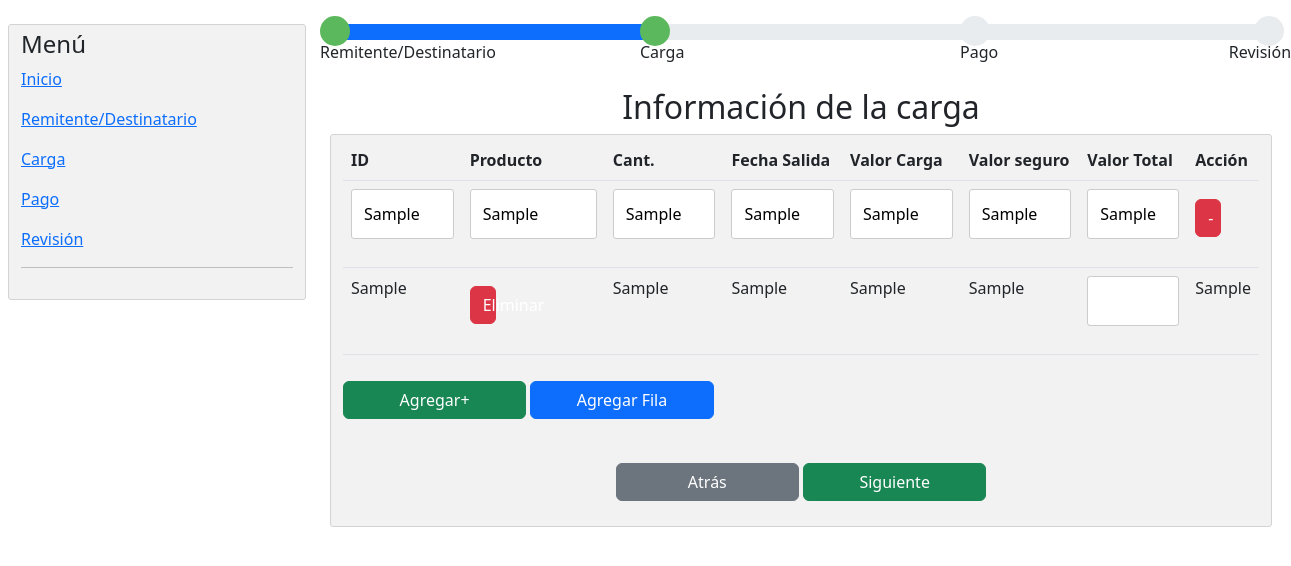
Repository: SennovaFluvial/Trasnfluvial
Page: appFluvial/templates/card1carga.html
These files come from the project's save history. The page is drawn as it stood at one moment and after the next save; the edit follows.
The browser window is 1280 px wide. The page is 1291 px wide, so the pictures cover 1291 px, including what lies to the right of the window. The pictures show the whole page.
Empty fields were first filled with sample values (such as "Sample", 5 or name@example.com).
After loading, the first visible `a.btn` was clicked once.
The template is drawn by Django 3.2. The application's start-up code is not run. Other server files are loaded and not shown. The template is opened directly, without the code that normally fills it, so the values that code supplies are empty.

Above is the page before, as saved 2023-10-19 23:45:41.

### appFluvial/templates/card1carga.html
<!DOCTYPE html>
<html>
<head>
<meta name="viewport" content="width=device-width, initial-scale=1">
<!--link rel="stylesheet" href="https://cdnjs.cloudflare.com/ajax/libs/font-awesome/4.7.0/css/font-awesome.min.css"-->
<style>
body {
  font-family: Arial;
  font-size: 17px;
  padding: 8px;
}

* {
  box-sizing: border-box;
}

.row {
  display: -ms-flexbox; /* IE10 */
  display: flex;
  -ms-flex-wrap: wrap; /* IE10 */
  flex-wrap: wrap;
  margin: 0 -16px;
}

.col-25 {
  -ms-flex: 25%; /* IE10 */
  flex: 25%;
}

.col-50 {
  -ms-flex: 50%; /* IE10 */
  flex: 50%;
}

.col-75 {
  -ms-flex: 75%; /* IE10 */
  flex: 75%;
}

.col-25,
.col-50,
.col-75 {
  padding: 0 16px;
}

.container {
  background-color: #f2f2f2;
  padding: 5px 20px 15px 20px;
  border: 1px solid lightgrey;
  border-radius: 3px;
}

input[type=text], select {
  width: 100%;
  margin-bottom: 20px;
  padding: 12px;
  border: 1px solid #ccc;
  border-radius: 3px;
}

input[type=submit] {
  background-color: #04AA6D;
  color: white;
  padding: 12px 20px;
  border: none;
  border-radius: 4px;
  cursor: pointer;
}

input[type=submit]:hover {
  background-color: #45a049;
}

label {
  margin-bottom: 10px;
  display: block;
}

.icon-container {
  margin-bottom: 20px;
  padding: 7px 0;
  font-size: 24px;
}

.btn {
  background-color: #04AA6D;
  color: white;
  padding: 12px;
  margin: 10px 0;
  border: none;
  width: 20%;
  border-radius: 3px;
  cursor: pointer;
  font-size: 17px;
}

.btn:hover {
  background-color: #45a049;
}

a {
  color: #2196F3;
}

hr {
  border: 1px solid lightgrey;
}

span.price {
  float: right;
  color: grey;
}


@media (max-width: 800px) {
  .row {
    flex-direction: column-reverse;
  }
  .col-25 {
    margin-bottom: 20px;
  }
}

</style>
<style>
  .one, .two, .three, .four{
    position:absolute;
    margin-top: -8px;
    z-index:1;
    height:30px;
    width:30px;
    border-radius:20px;
}
.one{
	left:25%;
}
.two{
	left:50%;
}
.three{
	left:75%;
}
.four{
	left:98%;
}
.primary-color{
	background-color:#4989bd;
}
.success-color{
	background-color:#5cb85c;
}
.info-color{
	background-color:#5bc0de;
}
.no-color{
	background-color:inherit;
}

</style>

<script src="https://ajax.googleapis.com/ajax/libs/jquery/3.5.1/jquery.min.js"></script>

<script>
  function addRow() {

      var producto = document.getElementById('producto').value;
      var cant = document.getElementById('cant').value;
      var fechasal = document.getElementById('fechasal').value;
      var valorca = document.getElementById('valorca').value;
      var valorse = document.getElementById('valorse').value;
      var valorto = document.getElementById('valorto').value;
      var table = document.getElementById("myTable");

      var row = table.insertRow(-1);
      var cell1 = row.insertCell(0);
      var cell2 = row.insertCell(1);
      var cell3 = row.insertCell(0);
      var cell4 = row.insertCell(1);
      var cell5 = row.insertCell(0);
      var cell6 = row.insertCell(1);
      var cell7 = row.insertCell(0);
      var cell8 = row.insertCell(1);
      cell1.innerHTML = "<input type='text' name='id' class='form-control'>";
      cell2.innerHTML = producto;
      cell3.innerHTML = cant;
      cell4.innerHTML = fechasal;
      cell5.innerHTML = valorca;
      cell6.innerHTML = valorse;
      cell7.innerHTML = valorto;
      cell8.innerHTML = "<button type='button' class='btn btn-danger' onclick='deleteRow(this)'>Eliminar</button>";


      $('#myModal').modal('hide');
  }

  function deleteRow(btn) {
      var row = btn.parentNode.parentNode;
      row.parentNode.removeChild(row);
  }
</script>

<link rel="stylesheet" href="https://cdn.jsdelivr.net/npm/bootstrap@5.2.3/dist/css/bootstrap.min.css" integrity="sha384-rbsA2VBKQhggwzxH7pPCaAqO46MgnOM80zW1RWuH61DGLwZJEdK2Kadq2F9CUG65" crossorigin="anonymous">
<script src="https://cdn.jsdelivr.net/npm/bootstrap@5.2.3/dist/js/bootstrap.min.js" integrity="sha384-cuYeSxntonz0PPNlHhBs68uyIAVpIIOZZ5JqeqvYYIcEL727kskC66kF92t6Xl2V" crossorigin="anonymous"></script>

</head>
<body>

<p></p>
<div class="row">

  <div class="col-25">

    <div class="container">
      <h4>Menú <span class="price" style="color:black"><i class="fa fa-shopping-cart"></i> <b></b></span></h4>
      <p><a href="../../">Inicio</a> <span class="price"> </span></p>
      <p><a href="../../card/1/remitente">Remitente/Destinatario</a> <span class="price">  </span></p>
      <p><a href="../../card/1/carga">Carga</a> <span class="price"> </span></p>
      <p><a href="../../card/1/pago">Pago</a> <span class="price"> </span></p>
      <p><a href="../../card/1/revision">Revisión</a> <span class="price"> </span></p>
      <hr>
    </div>
  </div>


  <div class="col-75">
    <!--  ****************************************BEGIN************************************************ -->
    <div class="container_">
      <div class="row"><br />
        <div class="col-md-12">
        <div class="progress">
            <div class="one success-color"></div>
            <div class="two success-color"></div>
            <div class="three no-color"></div>
            <div class="four no-color"></div>
            <div class="progress-bar progress-bar-success" style="width: 34%"></div>
        </div>
        <br>
        <label for="one" style="position: absolute; top: 30px; left: 25%; z-index: 1; margin-top: 10px;">Remitente/Destinatario</label>
        <label for="two" style="position: absolute; top: 30px; left: 50%; z-index: 1; margin-top: 10px;">Carga</label>
        <label for="three" style="position: absolute; top: 30px; left: 75%; z-index: 1; margin-top: 10px;">Pago</label>
        <label for="four" style="position: absolute; top: 30px; left: 96%; z-index: 1; margin-top: 10px;">Revisión</label>

      </div>
      </div>
    </div>
    <br>
    <!-- -*****************************************END**********************************************-->
    <div class="text-center">
    <h2>Información de la carga</h2>
    </div>
    <div class="container">
      <form method="post">
        {% csrf_token %}
        <div class="row">
          <div class="col-50">
            <table class="table">
              <thead>
                <tr>
                  <th>ID</th>
                  <th>Producto</th>
                  <th>Cant.</th>
                  <th>Fecha Salida</th>
                  <th>Valor Carga</th>
                  <th>Valor seguro</th>
                  <th>Valor Total</th>
                  <th>Acción</th>
                </tr>
              </thead>
              <tbody id="myTable">
                <tr>
                  <td><input type="text" name="id" id="id"></td>
                  <td><input type="text" name="producto" id="producto"></td>
                  <td><input type="text" name="cant" id="cant"></td>
                  <td><input type="text" name="fechasal" id="fechasal"></td>
                  <td><input type="text" name="valorca" id="valorca"></td>
                  <td><input type="text" name="valorse" id="valorse"></td>
                  <td><input type="text" name="valorto" id="valorto"></td>
                  <td><button type="button"  class="btn btn-danger" onclick="deleteRow(this)">-</button></td>
                </tr>
              </tbody>
            </table>


            <a type="button"  class="btn btn-success" onclick="addRow()">Agregar+</a>
            <button type="button" class="btn btn-primary" data-toggle="modal" data-target="#myModal">Agregar Fila</button>
          </div>
        </div>
        <br>
        <div class="text-center">
        <a href="javascript:history.back()" class="btn btn-secondary">Atrás</a>
        <a type="submit" value="Siguiente" class="btn btn-success"> Siguiente</a>
        </div>
      </form>
    </div>
  </div>
</div>


<div class="modal" id="myModal">
  <div class="modal-dialog">
      <div class="modal-content">

          <div class="modal-header">
              <h4 class="modal-title">Agregar Datos</h4>
              <button type="button" class="close" data-dismiss="modal">&times;</button>
          </div>

          <div class="modal-body">
              <div class="form-group">
                  <label for="name">Nombre:</label>
                  <input type="text" class="form-control" id="name">
              </div>
              <div class="form-group">
                  <label for="age">Edad:</label>
                  <input type="text" class="form-control" id="age">
              </div>
          </div>

          <div class="modal-footer">
              <button type="button" class="btn btn-success" onclick="addRow()">Agregar</button>
              <button type="button" class="btn btn-danger" data-dismiss="modal">Cerrar</button>
          </div>

      </div>
  </div>
</div>

</body>
</html>

After the next save:
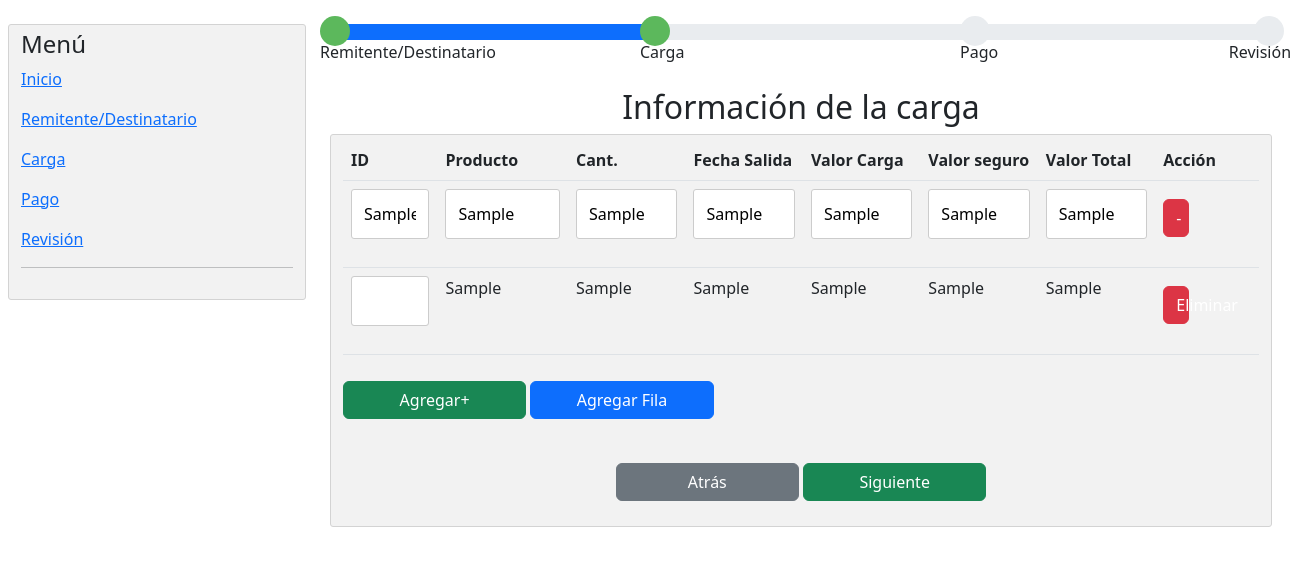
Saved 39 s later.
--- a/appFluvial/templates/card1carga.html
+++ b/appFluvial/templates/card1carga.html
@@ -174,12 +174,12 @@ span.price {
       var row = table.insertRow(-1);
       var cell1 = row.insertCell(0);
       var cell2 = row.insertCell(1);
-      var cell3 = row.insertCell(0);
-      var cell4 = row.insertCell(1);
-      var cell5 = row.insertCell(0);
-      var cell6 = row.insertCell(1);
-      var cell7 = row.insertCell(0);
-      var cell8 = row.insertCell(1);
+      var cell3 = row.insertCell(2);
+      var cell4 = row.insertCell(3);
+      var cell5 = row.insertCell(4);
+      var cell6 = row.insertCell(5);
+      var cell7 = row.insertCell(6);
+      var cell8 = row.insertCell(7);
       cell1.innerHTML = "<input type='text' name='id' class='form-control'>";
       cell2.innerHTML = producto;
       cell3.innerHTML = cant;
